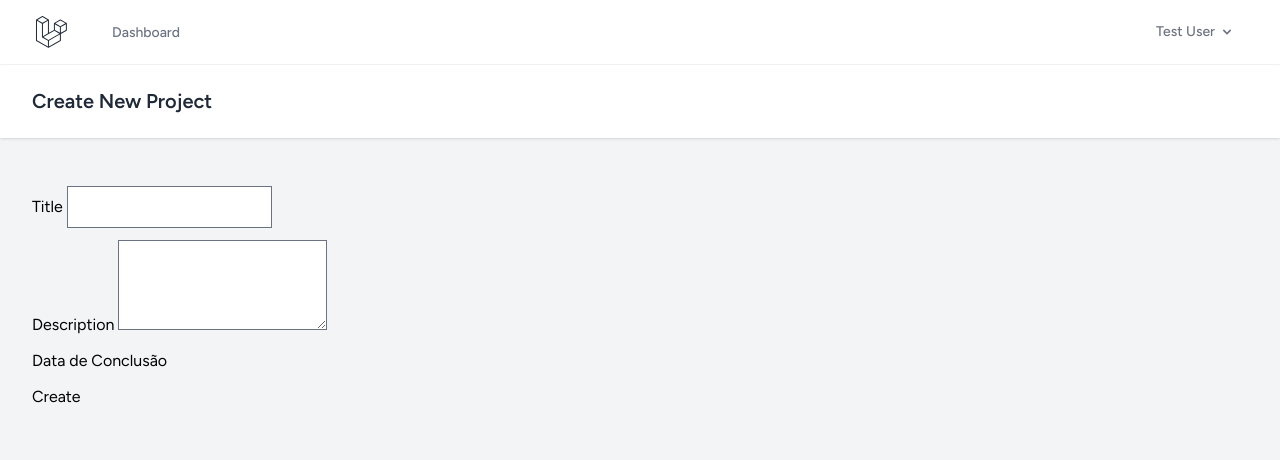
Repository: fernando-maio/ip4y
Page: http://localhost/projects/create
The author's editor kept a copy of each file at every save. The page is drawn from the files as they stood at one save, then again after the next save.
The browser window is 1280 px wide. The pictures show the whole page.
The page is served by the project's Laravel application, run on PHP 8.4 with Laravel 12. A made-up administrator, Test User (test@example.com), is signed in. Other server files are loaded and not shown. Style sheets and scripts are compiled from the project's sources, by tool versions that may differ from the author's.

Above is the page before, as saved 2024-08-26 23:35:03.

### app/Providers/AppServiceProvider.php
<?php

namespace App\Providers;

use App\Interfaces\ProjectRepositoryInterface;
use App\Interfaces\ProjectServiceInterface;
use App\Interfaces\TaskRepositoryInterface;
use App\Interfaces\TaskServiceInterface;
use App\Repositories\ProjectRepository;
use App\Repositories\TaskRepository;
use App\Services\ProjectService;
use App\Services\TaskService;
use Illuminate\Support\ServiceProvider;

class AppServiceProvider extends ServiceProvider
{
    /**
     * Register any application services.
     */
    public function register(): void
    {
        $this->app->bind(ProjectServiceInterface::class, ProjectService::class);
        $this->app->bind(ProjectRepositoryInterface::class, ProjectRepository::class);
        $this->app->bind(TaskServiceInterface::class, TaskService::class);
        $this->app->bind(TaskRepositoryInterface::class, TaskRepository::class);
    }

    /**
     * Bootstrap any application services.
     */
    public function boot(): void
    {
        //
    }
}

### routes/web.php
<?php

use App\Http\Controllers\ProfileController;
use App\Http\Controllers\ProjectController;
use App\Http\Controllers\TaskController;
use Illuminate\Support\Facades\Route;

Route::get('/', function () {
    return view('welcome');
});

Route::get('/dashboard', function () {
    return view('dashboard');
})->middleware(['auth', 'verified'])->name('dashboard');

Route::middleware('auth')->group(function () {
    Route::get('/profile', [ProfileController::class, 'edit'])->name('profile.edit');
    Route::patch('/profile', [ProfileController::class, 'update'])->name('profile.update');
    Route::delete('/profile', [ProfileController::class, 'destroy'])->name('profile.destroy');
    Route::resource('/tasks', TaskController::class);
    Route::resource('/projects', ProjectController::class);
    Route::get('/projects/report/pdf', [ProjectController::class, 'downloadPDF'])->name('projects.report.pdf');
    Route::get('/projects/report/excel', [ProjectController::class, 'downloadExcel'])->name('projects.report.excel');
});

require __DIR__ . '/auth.php';

### app/Http/Controllers/ProjectController.php
<?php

namespace App\Http\Controllers;

use App\Http\Requests\ProjectRequest;
use App\Interfaces\ProjectServiceInterface;

class ProjectController extends Controller
{
    protected $projectService;

    public function __construct(ProjectServiceInterface $projectService)
    {
        $this->projectService = $projectService;
    }

    public function index()
    {
        $projects = $this->projectService->getAllProjects();
        return view('projects.index', compact('projects'));
    }

    public function create()
    {
        return view('projects.create');
    }

    public function store(ProjectRequest $request)
    {
        $this->projectService->createProject($request->validated());
        return redirect()->route('projects.index')->with('success', 'Projeto criado com sucesso!');
    }

    public function show($id)
    {
        $project = $this->projectService->getProjectById($id);
        return view('projects.show', compact('project'));
    }

    public function edit($id)
    {
        $project = $this->projectService->getProjectById($id);
        return view('projects.edit', compact('project'));
    }

    public function update(ProjectRequest $request, $id)
    {
        $this->projectService->updateProject($id, $request->validated());
        return redirect()->route('projects.index')->with('success', 'Projeto atualizado com sucesso!');
    }

    public function destroy($id)
    {
        $this->projectService->deleteProject($id);
        return redirect()->route('projects.index')->with('success', 'Projeto deletado com sucesso!');
    }

    public function downloadPDF()
    {
        return $this->projectService->generateProjectReportPDF();
    }

    public function downloadExcel()
    {
        return $this->projectService->generateProjectReportExcel();
    }
}

### app/Services/ProjectService.php
<?php

namespace App\Services;

use App\Exports\ProjectsExport;
use App\Interfaces\ProjectRepositoryInterface;
use App\Interfaces\ProjectServiceInterface;
use Barryvdh\DomPDF\Facade\Pdf as FacadePdf;
use Maatwebsite\Excel\Facades\Excel;

class ProjectService implements ProjectServiceInterface
{
    protected $projectRepository;

    public function __construct(ProjectRepositoryInterface $projectRepository)
    {
        $this->projectRepository = $projectRepository;
    }

    public function createProject(array $data)
    {
        return $this->projectRepository->create($data);
    }

    public function updateProject(int $id, array $data)
    {
        return $this->projectRepository->update($id, $data);
    }

    public function deleteProject(int $id)
    {
        return $this->projectRepository->delete($id);
    }

    public function getProjectById(int $id)
    {
        return $this->projectRepository->find($id);
    }

    public function getAllProjects()
    {
        return $this->projectRepository->all();
    }

    public function generateProjectReportPDF()
    {
        $projects = $this->projectRepository->all();
        $pdf = FacadePdf::loadView('projects.report', compact('projects'));
        return $pdf->download('project_report.pdf');
    }

    public function generateProjectReportExcel()
    {
        return Excel::download(new ProjectsExport, 'project_report.xlsx');
    }
}

### app/Interfaces/ProjectServiceInterface.php
<?php

namespace App\Interfaces;

interface ProjectServiceInterface
{
    public function createProject(array $data);
    public function updateProject(int $id, array $data);
    public function deleteProject(int $id);
    public function getProjectById(int $id);
    public function getAllProjects();
    public function generateProjectReportPDF();
    public function generateProjectReportExcel();
}

### app/Repositories/ProjectRepository.php
<?php

namespace App\Repositories;

use App\Interfaces\ProjectRepositoryInterface;
use App\Models\Project;

class ProjectRepository implements ProjectRepositoryInterface
{
    protected $project;

    public function __construct(Project $project)
    {
        $this->project = $project;
    }

    public function create(array $data)
    {
        return $this->project->create($data);
    }

    public function update(int $id, array $data)
    {
        $project = $this->project->find($id);
        if ($project) {
            $project->update($data);
            return $project;
        }
        return null;
    }

    public function delete(int $id)
    {
        $project = $this->project->find($id);
        if ($project) {
            $project->delete();
            return true;
        }
        return false;
    }

    public function find(int $id)
    {
        return $this->project->find($id);
    }

    public function all()
    {
        return $this->project->all();
    }
}

### app/Interfaces/ProjectRepositoryInterface.php
<?php

namespace App\Interfaces;

interface ProjectRepositoryInterface
{
    public function create(array $data);
    public function update(int $id, array $data);
    public function delete(int $id);
    public function find(int $id);
    public function all();
}

### resources/views/projects/create.blade.php
<x-app-layout>
    <x-slot name="header">
        <h2 class="font-semibold text-xl text-gray-800 leading-tight">
            {{ __('Create New Project') }}
        </h2>
    </x-slot>

    <div class="py-12">
        <div class="max-w-7xl mx-auto sm:px-6 lg:px-8 space-y-6">
            <form action="{{ route('projects.store') }}" method="POST">
                @csrf
                <div class="mb-3">
                    <label for="title" class="form-label">Title</label>
                    <input type="text" name="title" class="form-control" id="title" required>
                </div>
                <div class="mb-3">
                    <label for="description" class="form-label">Description</label>
                    <textarea name="description" class="form-control" id="description" rows="3" required></textarea>
                </div>
                <div class="mb-3">
                    <label for="description" class="form-label">Data de Conclusão</label>
                    <date name="description" class="form-control" id="description" rows="3" required></date>
                </div>
                <button type="submit" class="btn btn-primary">Create</button>
            </form>
        </div>
    </div>
</x-app-layout>

### resources/views/layouts/navigation.blade.php
<nav x-data="{ open: false }" class="bg-white border-b border-gray-100">
    <!-- Primary Navigation Menu -->
    <div class="max-w-7xl mx-auto px-4 sm:px-6 lg:px-8">
        <div class="flex justify-between h-16">
            <div class="flex">
                <!-- Logo -->
                <div class="shrink-0 flex items-center">
                    <a href="{{ route('dashboard') }}">
                        <x-application-logo class="block h-9 w-auto fill-current text-gray-800" />
                    </a>
                </div>

                <!-- Navigation Links -->
                <div class="hidden space-x-8 sm:-my-px sm:ms-10 sm:flex">
                    <x-nav-link :href="route('dashboard')" :active="request()->routeIs('dashboard')">
                        {{ __('Dashboard') }}
                    </x-nav-link>
                </div>
            </div>

            <!-- Settings Dropdown -->
            <div class="hidden sm:flex sm:items-center sm:ms-6">
                <x-dropdown align="right" width="48">
                    <x-slot name="trigger">
                        <button class="inline-flex items-center px-3 py-2 border border-transparent text-sm leading-4 font-medium rounded-md text-gray-500 bg-white hover:text-gray-700 focus:outline-none transition ease-in-out duration-150">
                            <div>{{ Auth::user()->name }}</div>

                            <div class="ms-1">
                                <svg class="fill-current h-4 w-4" xmlns="http://www.w3.org/2000/svg" viewBox="0 0 20 20">
                                    <path fill-rule="evenodd" d="M5.293 7.293a1 1 0 011.414 0L10 10.586l3.293-3.293a1 1 0 111.414 1.414l-4 4a1 1 0 01-1.414 0l-4-4a1 1 0 010-1.414z" clip-rule="evenodd" />
                                </svg>
                            </div>
                        </button>
                    </x-slot>

                    <x-slot name="content">
                        <x-dropdown-link :href="route('profile.edit')">
                            {{ __('Profile') }}
                        </x-dropdown-link>

                        <x-dropdown-link :href="route('projects.index')">
                            {{ __('Projects') }}
                        </x-dropdown-link>

                        <x-dropdown-link :href="route('tasks.index')">
                            {{ __('Tasks') }}
                        </x-dropdown-link>

                        <!-- Authentication -->
                        <form method="POST" action="{{ route('logout') }}">
                            @csrf

                            <x-dropdown-link :href="route('logout')"
                                    onclick="event.preventDefault();
                                                this.closest('form').submit();">
                                {{ __('Log Out') }}
                            </x-dropdown-link>
                        </form>
                    </x-slot>
                </x-dropdown>
            </div>

            <!-- Hamburger -->
            <div class="-me-2 flex items-center sm:hidden">
                <button @click="open = ! open" class="inline-flex items-center justify-center p-2 rounded-md text-gray-400 hover:text-gray-500 hover:bg-gray-100 focus:outline-none focus:bg-gray-100 focus:text-gray-500 transition duration-150 ease-in-out">
                    <svg class="h-6 w-6" stroke="currentColor" fill="none" viewBox="0 0 24 24">
                        <path :class="{'hidden': open, 'inline-flex': ! open }" class="inline-flex" stroke-linecap="round" stroke-linejoin="round" stroke-width="2" d="M4 6h16M4 12h16M4 18h16" />
                        <path :class="{'hidden': ! open, 'inline-flex': open }" class="hidden" stroke-linecap="round" stroke-linejoin="round" stroke-width="2" d="M6 18L18 6M6 6l12 12" />
                    </svg>
                </button>
            </div>
        </div>
    </div>

    <!-- Responsive Navigation Menu -->
    <div :class="{'block': open, 'hidden': ! open}" class="hidden sm:hidden">
        <div class="pt-2 pb-3 space-y-1">
            <x-responsive-nav-link :href="route('dashboard')" :active="request()->routeIs('dashboard')">
                {{ __('Dashboard') }}
            </x-responsive-nav-link>
        </div>

        <!-- Responsive Settings Options -->
        <div class="pt-4 pb-1 border-t border-gray-200">
            <div class="px-4">
                <div class="font-medium text-base text-gray-800">{{ Auth::user()->name }}</div>
                <div class="font-medium text-sm text-gray-500">{{ Auth::user()->email }}</div>
            </div>

            <div class="mt-3 space-y-1">
                <x-responsive-nav-link :href="route('profile.edit')">
                    {{ __('Profile') }}
                </x-responsive-nav-link>

                <!-- Authentication -->
                <form method="POST" action="{{ route('logout') }}">
                    @csrf

                    <x-responsive-nav-link :href="route('logout')"
                            onclick="event.preventDefault();
                                        this.closest('form').submit();">
                        {{ __('Log Out') }}
                    </x-responsive-nav-link>
                </form>
            </div>
        </div>
    </div>
</nav>

Loaded but not shown: routes/auth.php (common file); app/Http/Controllers/Auth/EmailVerificationPromptController.php (common file); app/Http/Controllers/Controller.php (common file); app/Http/Controllers/Auth/VerifyEmailController.php (common file); app/Models/User.php (common file); app/Models/Project.php (common file); app/View/Components/AppLayout.php (common file); resources/views/layouts/app.blade.php (common file); resources/views/components/application-logo.blade.php (common file); resources/views/components/nav-link.blade.php (common file); resources/views/components/dropdown-link.blade.php (common file); resources/views/components/dropdown.blade.php (common file); resources/views/components/responsive-nav-link.blade.php (common file); resources/css/app.css (common file); tailwind.config.js (common file); resources/js/app.js (common file); resources/js/bootstrap.js (common file)

After the next save:
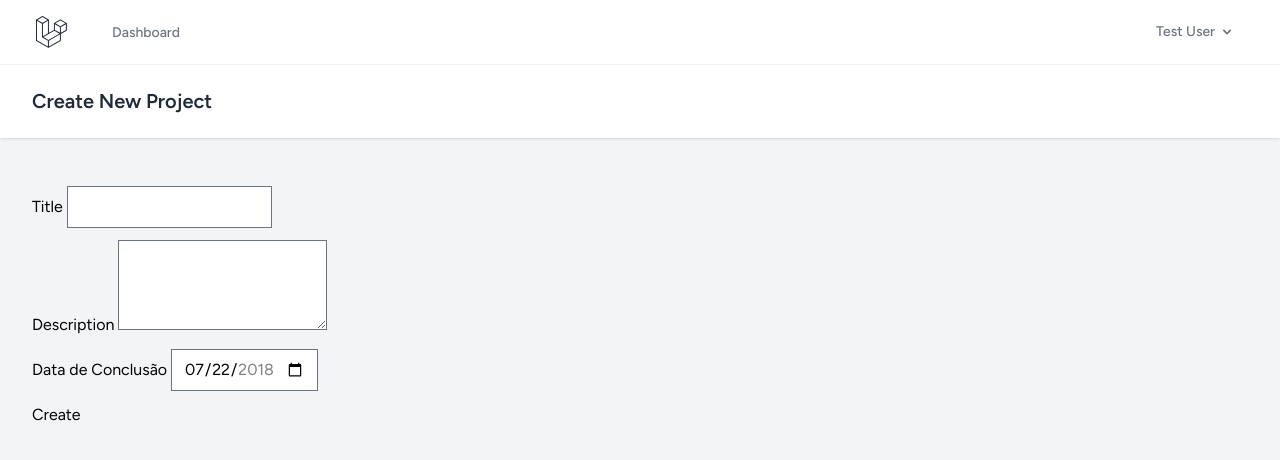
Saved 36 s later.
--- a/resources/views/projects/create.blade.php
+++ b/resources/views/projects/create.blade.php
@@ -20,6 +20,7 @@
                 <div class="mb-3">
                     <label for="description" class="form-label">Data de Conclusão</label>
                     <date name="description" class="form-control" id="description" rows="3" required></date>
+                    <input type="date" id="start" name="trip-start" value="2018-07-22" min="2018-01-01" max="2018-12-31" />
                 </div>
                 <button type="submit" class="btn btn-primary">Create</button>
             </form>
